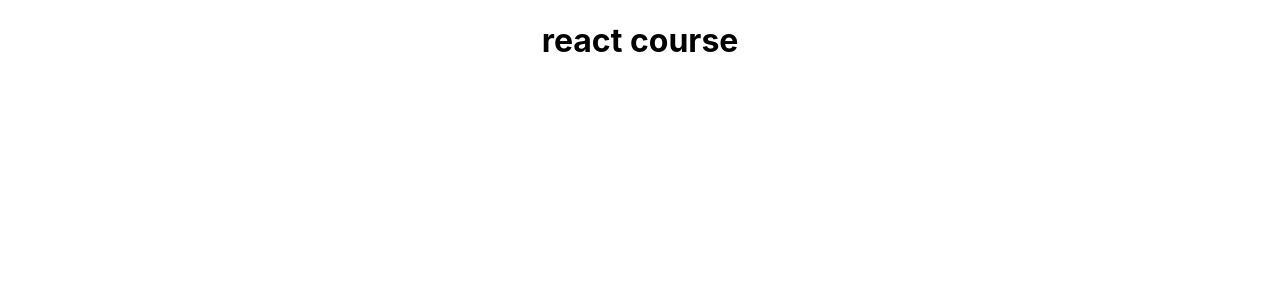
Repository: Samkiroko/task-tracker-app
Page: /
The author's editor kept a copy of each file at every save. The page is drawn from the files as they stood at one save, then again after the next save.
The browser window is 1280 px wide. The pictures show the whole page.
The project was rebuilt for these pictures with package versions that can differ from the ones it lists, and the page was loaded fresh each time.

Above is the page before, as saved 2021-08-02 13:08:07.

After the next save:
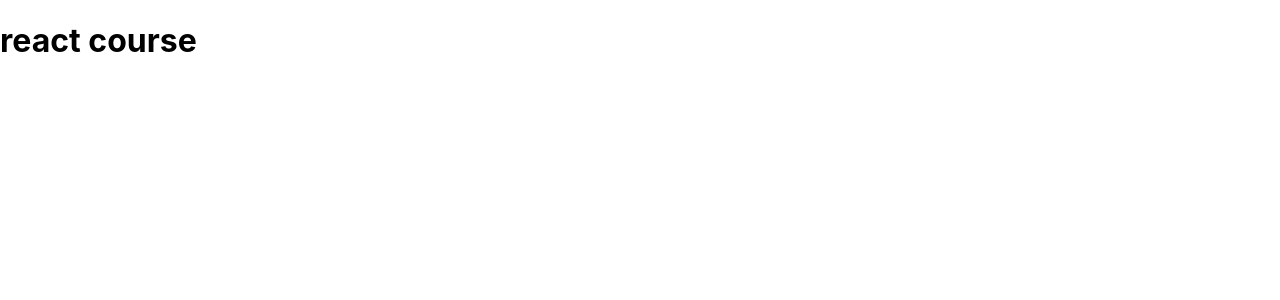
Saved 2 min 1 s later.
--- a/src/App.js
+++ b/src/App.js
@@ -1,5 +1,3 @@
-import './App.css'
-
 function App() {
   return (
     <div className='App'>
